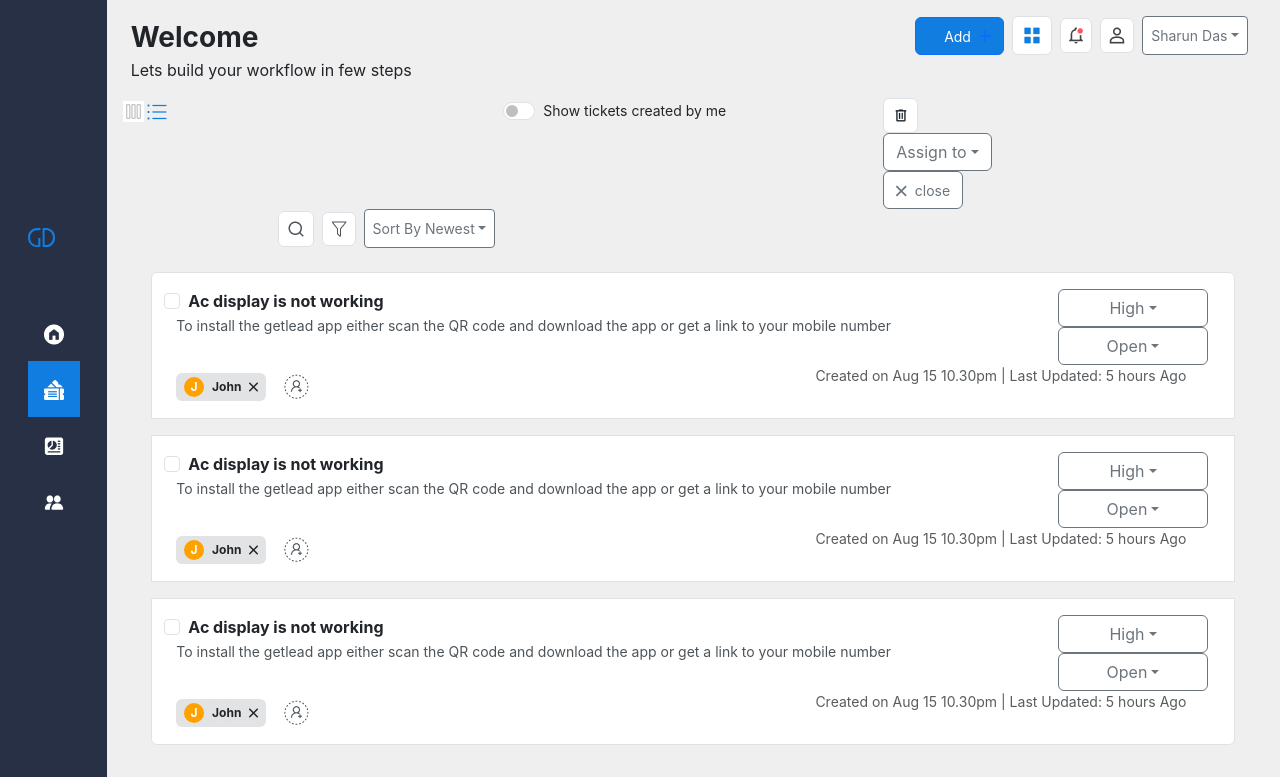
Repository: rishikarajeev/GL_HelpDesk
Page: /
The author's editor kept a copy of each file at every save. The page is drawn from the files as they stood at one save, then again after a run of saves.
The browser window is 1280 px wide. The pictures show the whole page.
The project was rebuilt for these pictures with package versions that can differ from the ones it lists, and the page was loaded fresh each time. Also part of the build but not shown: src/App.css, src/Pages/HomePage.jsx.

Above is the page before, as saved 2024-01-11 15:40:32.

After the next 2 saves:
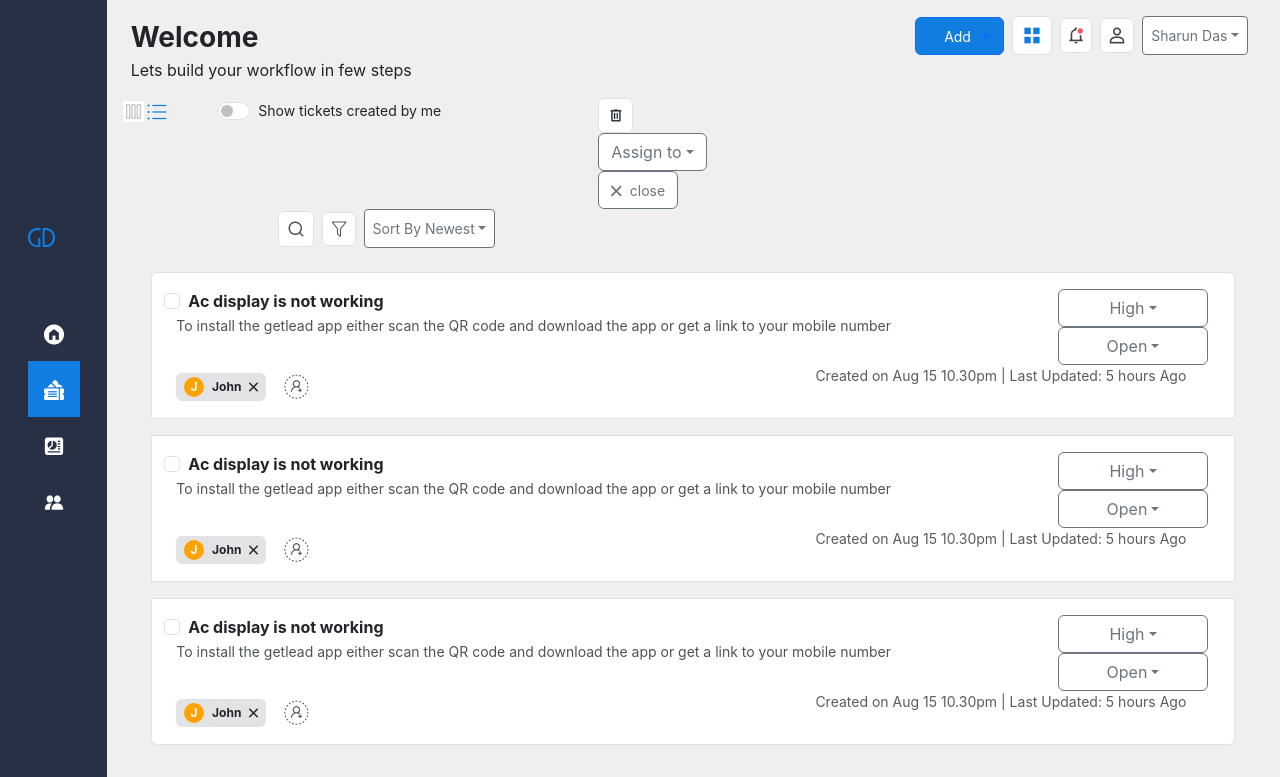
The 2 saves are shown as one change because they came seconds apart.
The last was saved 14 s later.
--- a/src/Pages/ViewTickets.jsx
+++ b/src/Pages/ViewTickets.jsx
@@ -23,7 +23,7 @@ function ViewTickets() {
   return (
     <Container>
      <Row className="mt-3 mb-2 ">
-  <Col className="col-4 p-0">
+  <Col className="col-1 p-0">
     <img src={column_icon} alt="Local Icon" />
     <img src={list_icon} />
   </Col>
